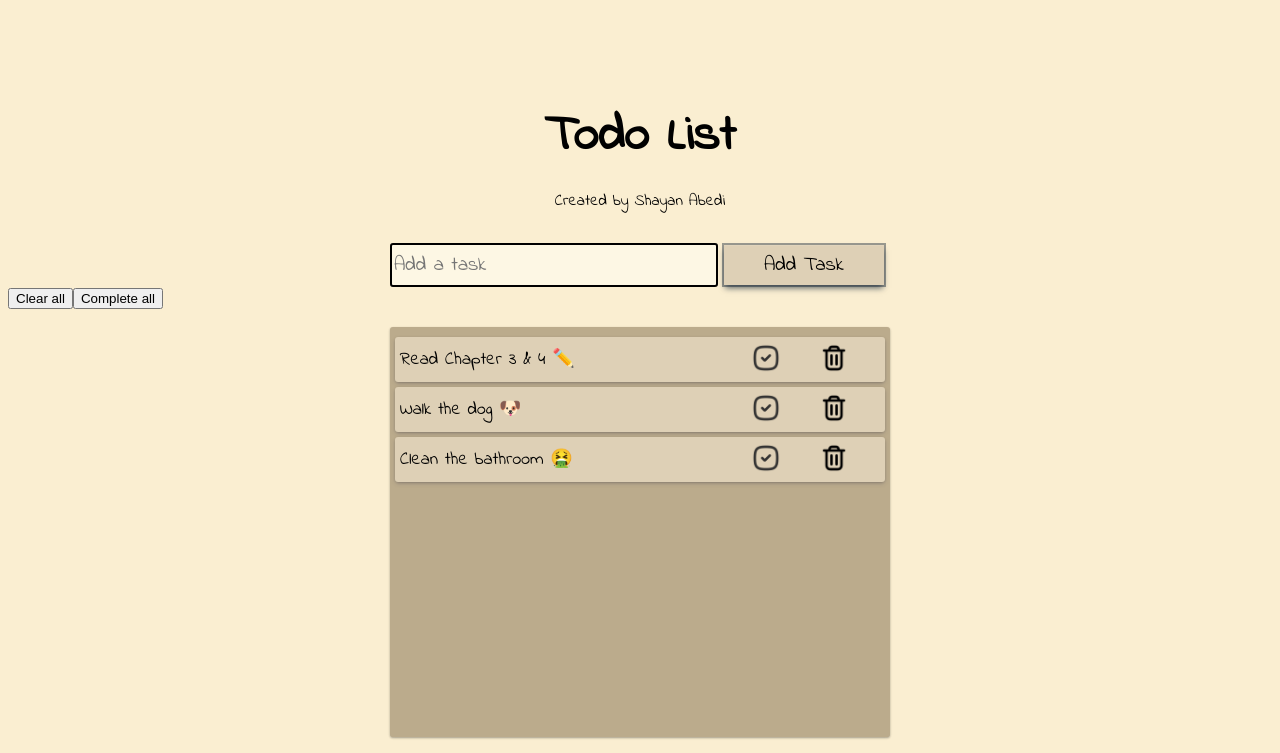
Repository: shayanabedi98/todo-list
Page: /
An editor plug-in stored every save of this project. The page is shown before and after the next save, followed by the edit.
The browser window is 1280 px wide. The pictures show the whole page.
The project was rebuilt for these pictures with package versions that can differ from the ones it lists, and the page was loaded fresh each time. Also part of the build but not shown: vite.config.js.

Above is the page before, as saved 2023-12-30 16:26:28.

### index.html
<!doctype html>
<html lang="en">
  <head>
    <meta charset="UTF-8" />
    <link rel="icon" type="image/svg+xml" href="./src/assets/pencil-svgrepo-com.png" />
    <meta name="viewport" content="width=device-width, initial-scale=1.0" />
    <link rel="preconnect" href="https://fonts.googleapis.com">
    <link rel="preconnect" href="https://fonts.gstatic.com" crossorigin>
    <link href="https://fonts.googleapis.com/css2?family=Indie+Flower&display=swap" rel="stylesheet">
    <title>Todo List</title>
  </head>
  <body>
    <div id="root"></div>
    <script type="module" src="/src/main.jsx"></script>
  </body>
</html>

### src/App.jsx
import { useState } from "react";
import { v4 as uuid } from "uuid";
import TodoList from "./TodoList";
import CreateTask from "./CreateTask";
import AffectAll from "./AffectAll";

function App() {
  const [list, setList] = useState([
    { id: uuid(), text: 'Read Chapter 3 & 4 ✏️', completed: false},
    { id: uuid(), text: 'Walk the dog 🐶', completed: false},
    { id: uuid(), text: 'Clean the bathroom 🤮', completed: false},
  ]);
  const [input, setInput] = useState("");

  const addTask = () => {
    if (input.trim() !== "") {
      setList([...list, { id: uuid(), text: input, completed: false }]);
      setInput("");
    }
  };

  const handleChange = (event) => {
    setInput(event.target.value);
  };

  const handleDelete = (taskID) => {
    const newList = list.filter((task) => {
      return task.id !== taskID;
    });
    setList(newList);
  };

  const handleComplete = (taskID) => {
    const newList = list.map((task) => {
      if (task.id === taskID) {
        return { ...task, completed: !task.completed };
      } else {
        return task;
      }
    });
    setList(newList);
  };

  const clearAll = () => {
    setList([])
  }

  const completeAll = () => {
    const newList = list.map((item) => {
      return (
        item.completed = true
      )
    })
    setList(newList)
  }

  return (
    <>
      <h1>Todo List</h1>
      <p>Created by Shayan Abedi</p>
      <CreateTask handleChange={handleChange} input={input} addTask={addTask} />
      <AffectAll clearAll={clearAll} completeAll={completeAll}/>
      <TodoList
        list={list}
        handleDelete={handleDelete}
        handleComplete={handleComplete}
      />
    </>
  );
}

export default App;

### src/index.css
body {
  background-color: #FAEED1;
  font-family: 'Indie Flower', cursive;
}

h1 {
  font-size: 50px;
  margin-top: 100px;
  margin-bottom: 0;
  text-align: center;
}

.create-task {
  display: grid;
  place-items: center;
  align-content: center;
  grid-template-columns: 1fr 1fr;
  margin: 30px auto 0 auto;
}

.create-task input {
  background-color: #FDF7E4;
  border: 2px solid black;
  border-radius: 3px;
  font-size: 20px;
  height: 38px;
  width: 320px;
  font-family: 'Indie Flower', cursive;
}

.create-task button {
  background-color: #DED0B6;
  border: none;
  font-family: 'Indie Flower', cursive;
  height: 40px;
  width: 160px;
  font-size: 20px;
  box-shadow: rgba(6, 24, 44, 0.4) 0px 0px 0px 2px, rgba(6, 24, 44, 0.65) 0px 4px 6px -1px, rgba(255, 255, 255, 0.08) 0px 1px 0px inset;
  cursor: pointer;
}

.list ul {
 padding: 5px;
 box-shadow: rgba(0, 0, 0, 0.12) 0px 1px 3px, rgba(0, 0, 0, 0.24) 0px 1px 2px;
  border-radius: 3px;
  background-color: #BBAB8C;
  min-height: 400px;
}

.list li {
  list-style: none;
  display: grid;
  grid-template-columns: 1fr 0.2fr 0.2fr;
  background-color: #DED0B6;
  margin-top: 5px;
  margin-bottom: 5px;
  padding: 5px;
  box-shadow: rgba(50, 50, 93, 0.25) 0px 2px 5px -1px, rgba(0, 0, 0, 0.3) 0px 1px 3px -1px;
  border-radius: 3px;
  font-size: 18px;
  align-items: center;
}

p, h1, .create-task, .list {
  width: 500px;
  margin-left: auto;
  margin-right: auto;
}

.list button {
  background-color: #DED0B6;
  font-family: 'Indie Flower', cursive;
  height: 35px;
  width: 35px;
  margin: auto 2px;
  cursor: pointer;
  border: none;
  border-radius: 3px;
}

.list img {
  height: 30px;
}

p {
  text-align: center;
}

### src/TodoList.jsx
import React from "react";
import trash from "./assets/trash.png";
import check from "./assets/check.png";

const TodoList = ({ handleComplete, handleDelete, list }) => {
  const completedStyle = (condition) => {
    return condition
      ? {
          color: "grey",
          textDecoration: "line-through",
        }
      : {};
  };

  return (
    <div className="list">
      <ul>
        {list.map((task) => {
          return (
            <li key={task.id}>
              <span style={completedStyle(task.completed)}>{task.text}</span>
              <button id="complete" onClick={() => handleComplete(task.id)}>
                <img src={check} alt="checkmark button"/>
              </button>
              <button id="delete" onClick={() => handleDelete(task.id)}>
                <img src={trash} alt="delete button"/>
              </button>
            </li>
          );
        })}
      </ul>
    </div>
  );
};

export default TodoList;

### src/CreateTask.jsx
import React from "react";

const CreateTask = ({input, addTask, handleChange}) => {
  return (
    <div className="create-task">
      <input
        onKeyDown={(e) => e.key === 'Enter' && addTask()}
        placeholder="Add a task"
        type="text"
        onChange={handleChange}
        value={input}
      />
      <button onClick={addTask}>Add Task</button>
    </div>
  );
};

export default CreateTask;

### src/AffectAll.jsx
import React from "react";

const AffectAll = ({ clearAll, completeAll }) => {
  return (
    <div className="affect-all">
      <button onClick={clearAll}>Clear all</button>
      <button onClick={completeAll}>Complete all</button>
    </div>
  );
};

export default AffectAll;

Loaded but not shown: src/main.jsx (common file)

After the next save:
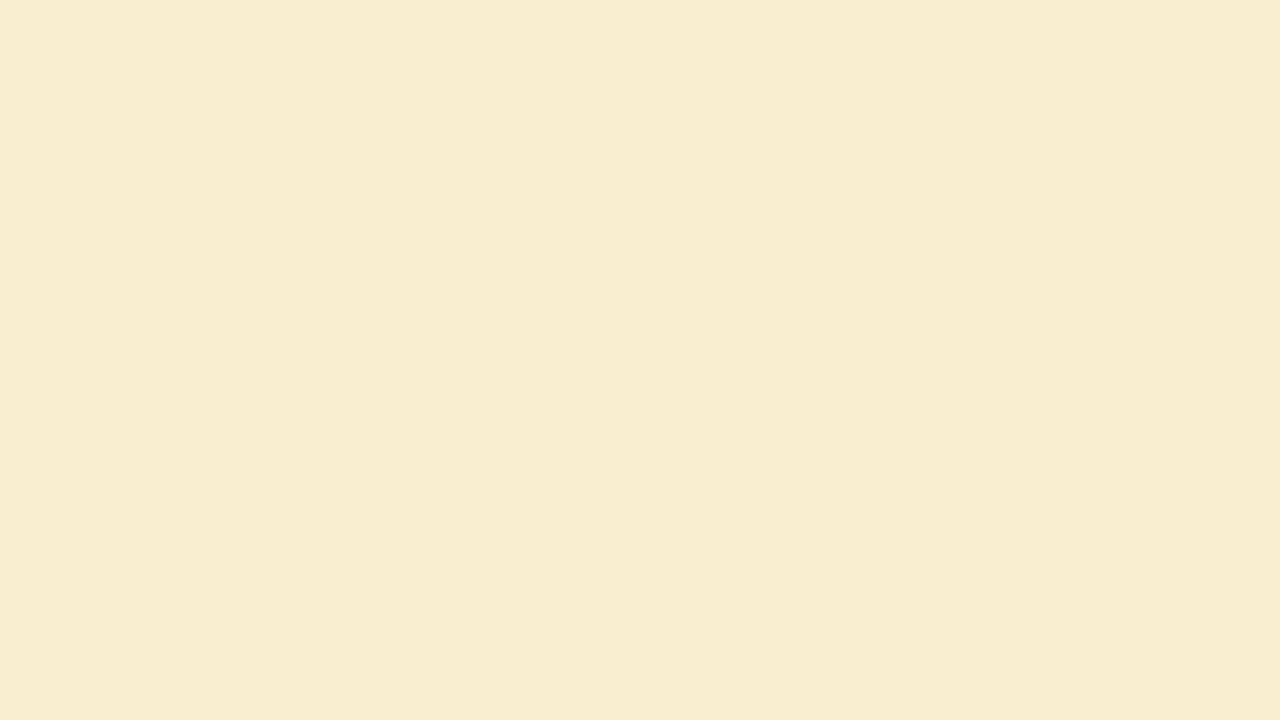
Console error: ReferenceError: completeAll is not defined
Saved 72 s later.
--- a/src/App.jsx
+++ b/src/App.jsx
@@ -45,15 +45,6 @@
     setList([])
   }
 
-  const completeAll = () => {
-    const newList = list.map((item) => {
-      return (
-        item.completed = true
-      )
-    })
-    setList(newList)
-  }
-
   return (
     <>
       <h1>Todo List</h1>

After the save that followed:
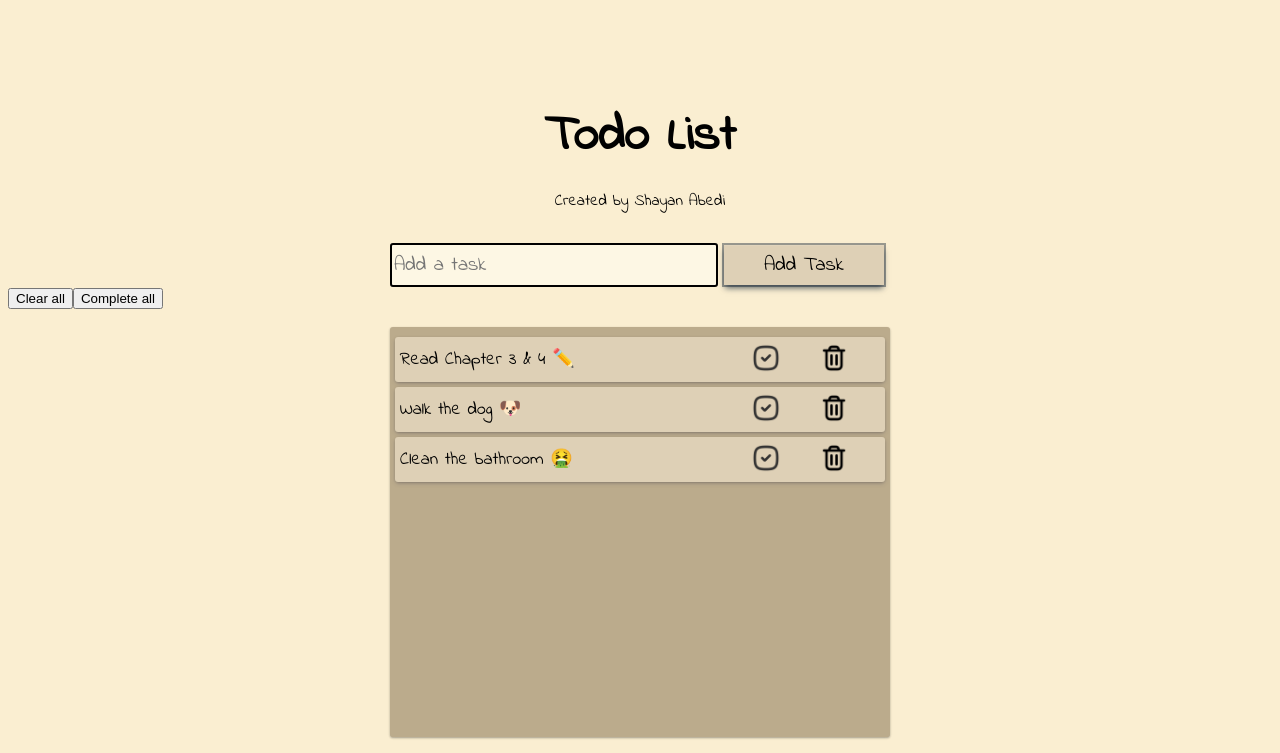
The error is gone.
Saved 8 s later.
--- a/src/App.jsx
+++ b/src/App.jsx
@@ -50,7 +50,7 @@
       <h1>Todo List</h1>
       <p>Created by Shayan Abedi</p>
       <CreateTask handleChange={handleChange} input={input} addTask={addTask} />
-      <AffectAll clearAll={clearAll} completeAll={completeAll}/>
+      <AffectAll clearAll={clearAll} />
       <TodoList
         list={list}
         handleDelete={handleDelete}
